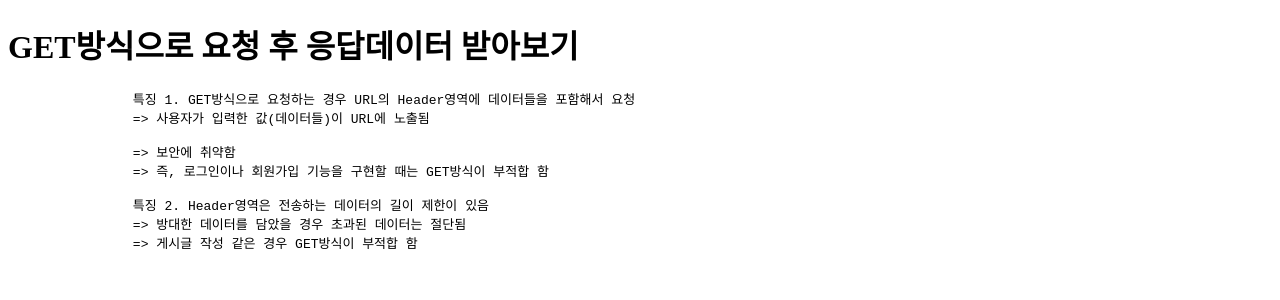
Repository: Rostreaca/0922_Web
Page: MyFirstWebProject/src/main/webapp/views/request_get.html
The author's editor kept a copy of each file at every save. The page is drawn from the files as they stood at one save, then again after the next save.
The browser window is 1280 px wide. The pictures show the whole page.

Above is the page before, as saved 2025-09-22 07:42:01.

After the next save:
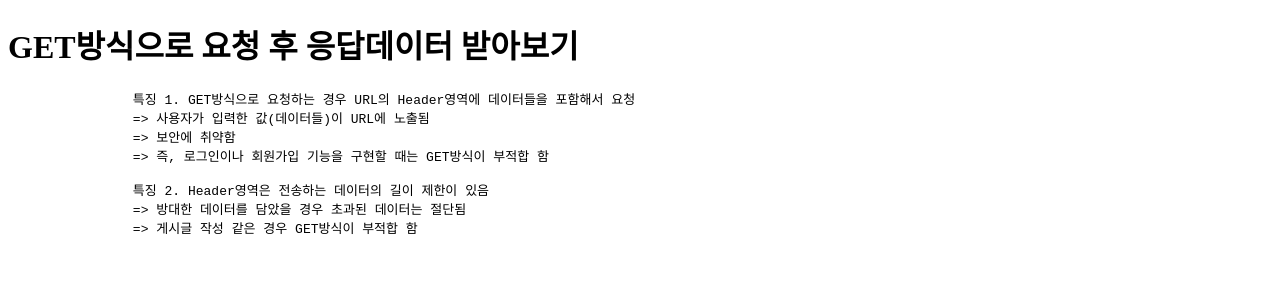
Saved 4 s later.
--- a/MyFirstWebProject/src/main/webapp/views/request_get.html
+++ b/MyFirstWebProject/src/main/webapp/views/request_get.html
@@ -15,7 +15,7 @@
 
 	<pre>
 		특징 1. GET방식으로 요청하는 경우 URL의 Header영역에 데이터들을 포함해서 요청
-		=> 사용자가 입력한 값(데이터들)이 URL에 노출됨 <br>
+		=> 사용자가 입력한 값(데이터들)이 URL에 노출됨
 		=> 보안에 취약함
 		=> 즉, 로그인이나 회원가입 기능을 구현할 때는 GET방식이 부적합 함
 
